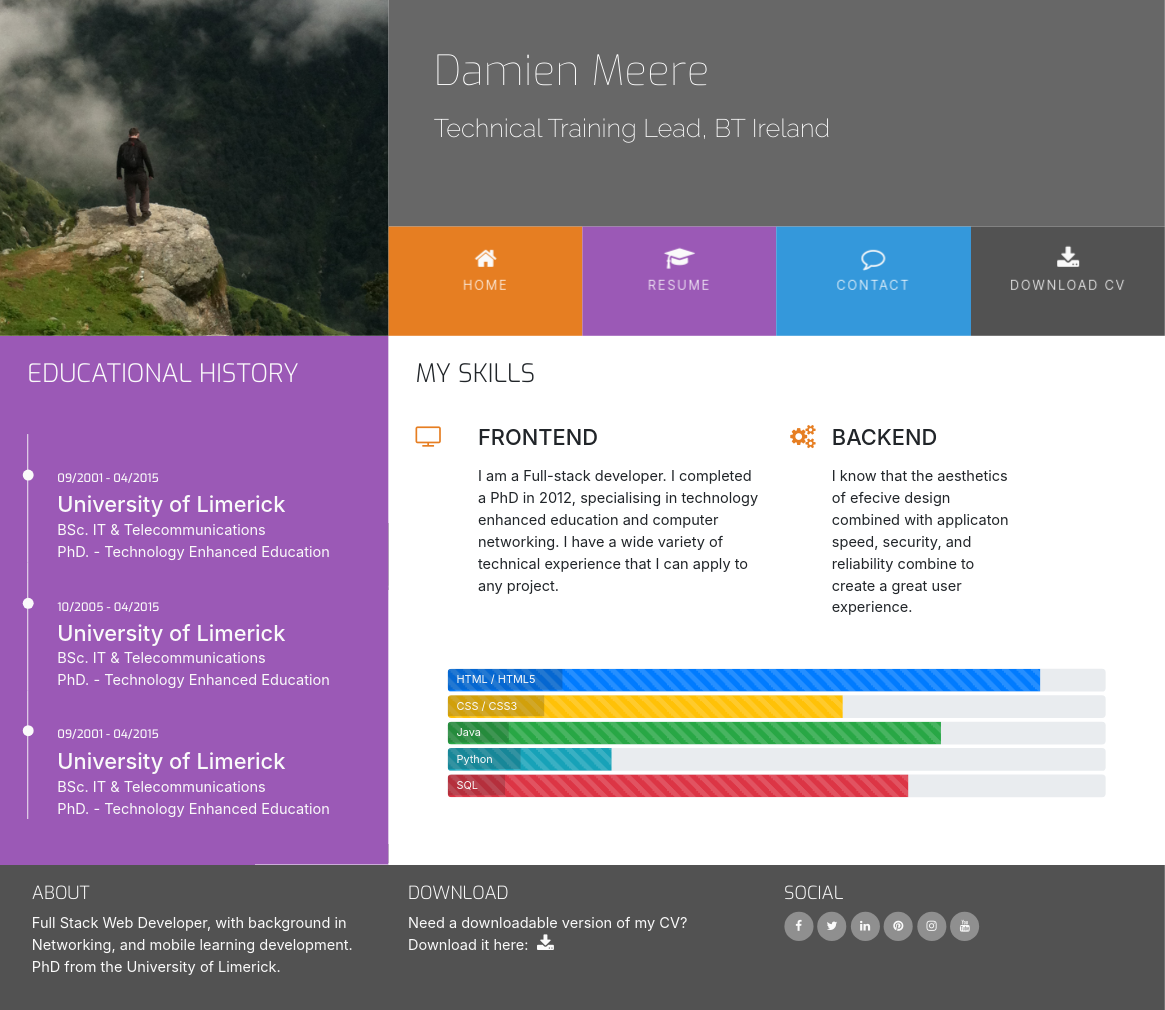
Repository: damien-meere/cv_site_project
Page: resume.html
The author's editor kept a record of every edit. The page is drawn from the files as they stood at one moment, then again after the next edit.
The browser window is 1280 px wide. The pictures show the whole page, at 91% of full size.

Above is the page before.

After the next edit:
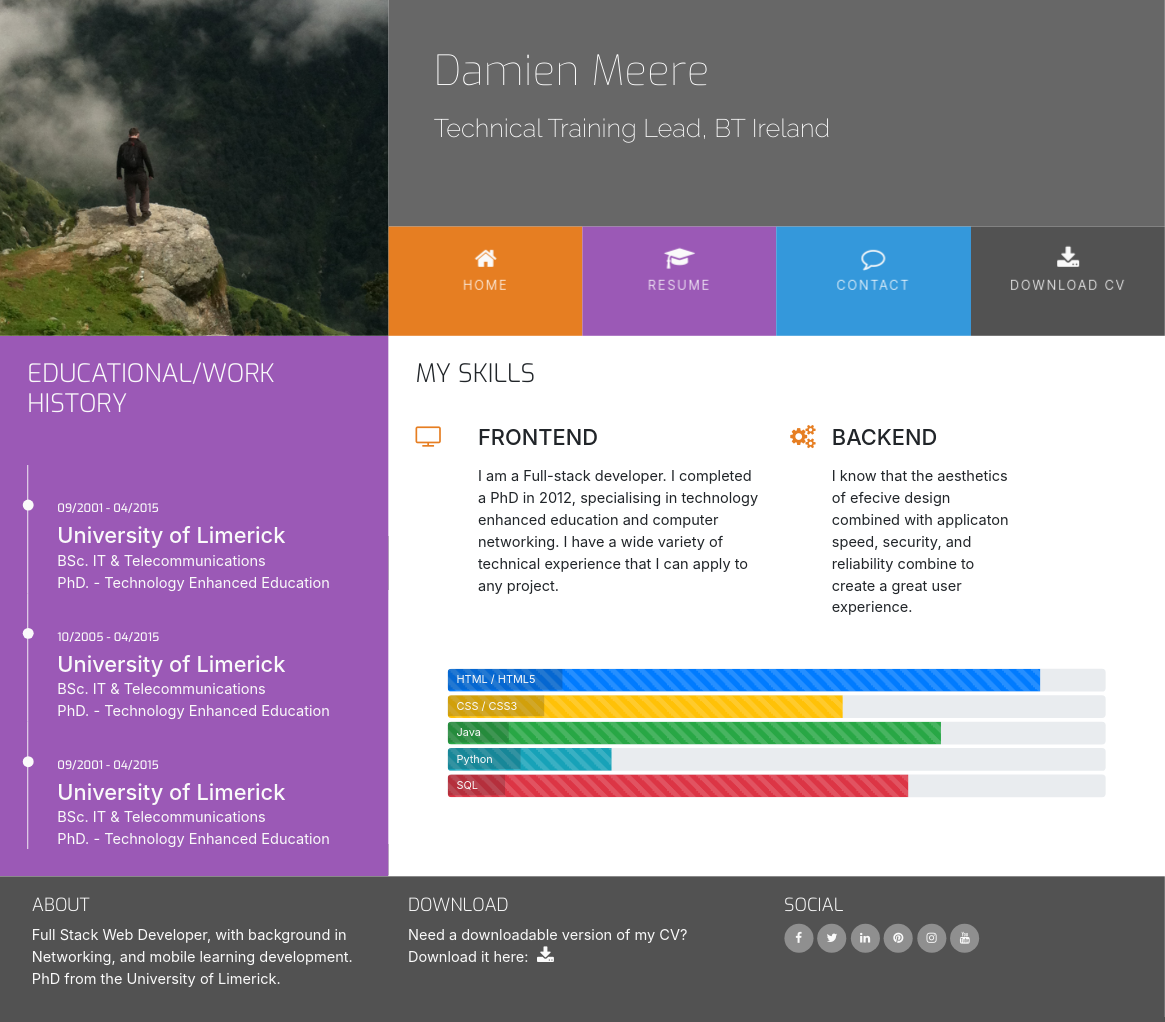
The edit:
--- a/resume.html
+++ b/resume.html
@@ -53,7 +53,7 @@
                 <div class="row">
                     <div class="col-12">
                         <!--full with on all screen sizes-->
-                        <h3 class="history-heading uppercase">Educational History</h3>
+                        <h3 class="history-heading uppercase">Educational/Work History</h3>
                     </div>
                 </div>
                 <div class="timeline-item" data-dates="09/2001 - 04/2015">
